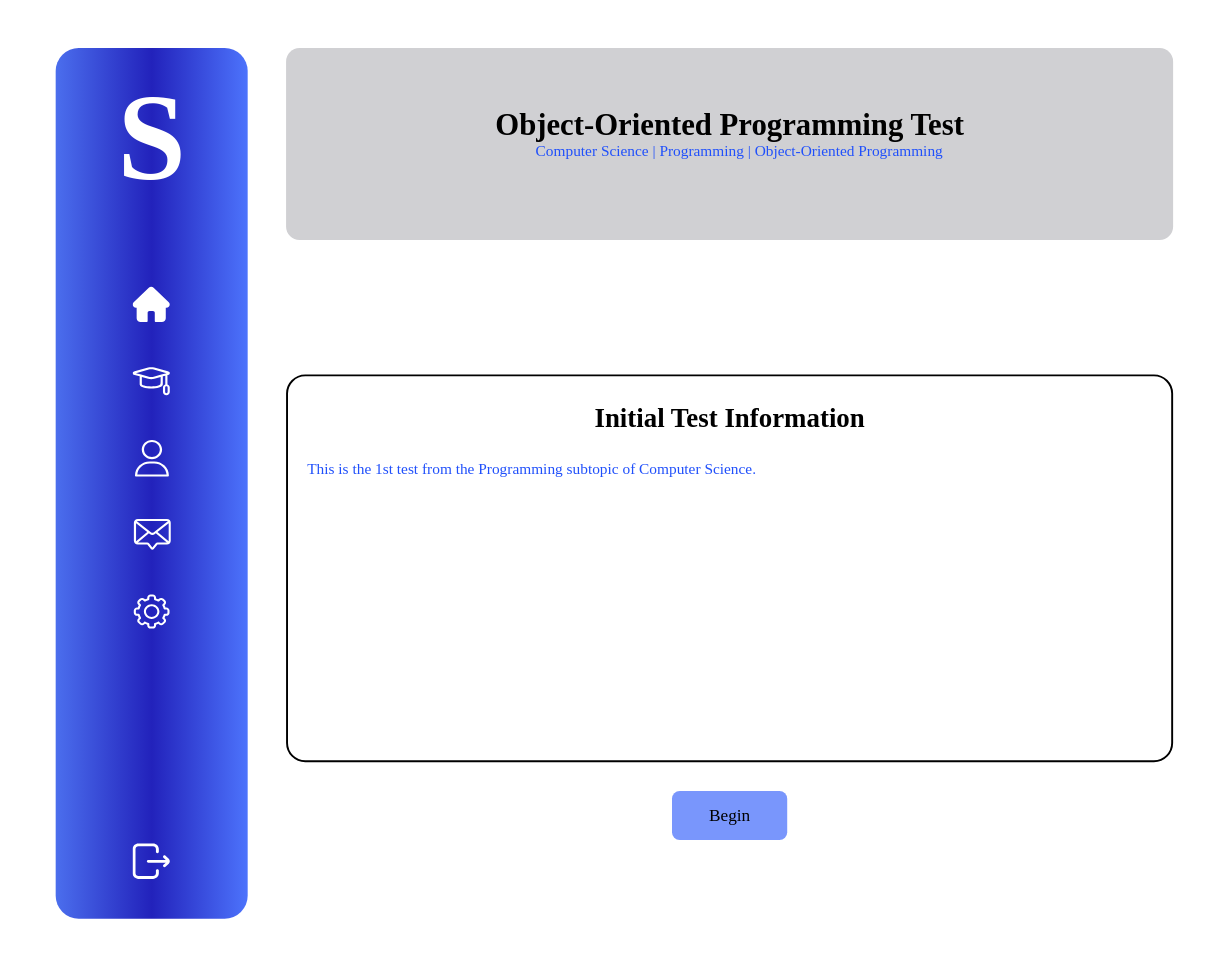
Repository: rafalzacher1/smartify-interface
Page: test.html
These files come from the project's save history. The page is drawn as it stood at one moment and after a run of saves; the edit follows.
The browser window is 1280 px wide. The pictures show the whole page, at 96% of full size.
Some web fonts or font styles are not loaded; a fallback is used.

Above is the page before, as saved 2022-06-30 19:49:56.

### test.html
<!DOCTYPE html>
<html lang="en">

<head>
    <link rel="stylesheet" href="./styles/home.css">
    <link rel="stylesheet" href="./styles/navigation.css">
    <link rel="stylesheet" href="./styles/search.css">
    <link rel="stylesheet" href="./styles/test.css">
    <link rel="stylesheet" href="./styles/question.css">
    <link rel="stylesheet" href="https://cdnjs.cloudflare.com/ajax/libs/font-awesome/4.7.0/css/font-awesome.min.css">
    <link href='https://fonts.googleapis.com/css?family=Baloo Bhai' rel='stylesheet'>
</head>

<body>
    <div id="main-container">
        <div id="navigation-container">
            <h1>S</h1>

            <nav id="navigation-options">
                <svg width="27" height="25" viewBox="0 0 27 25" fill="none" xmlns="http://www.w3.org/2000/svg"
                    onclick="document.location='./index.html'">
                    <path
                        d="M25.5018 10.9867C25.5012 10.9862 25.5006 10.9856 25.5 10.985L14.8668 0.890976C14.4135 0.460518 13.8109 0.223389 13.17 0.223389C12.529 0.223389 11.9264 0.460329 11.473 0.890787L0.845318 10.9797C0.841738 10.9831 0.838158 10.9867 0.834579 10.9901C-0.0961545 11.8788 -0.0945635 13.3206 0.839153 14.207C1.26574 14.6122 1.82915 14.8469 2.43154 14.8714C2.456 14.8737 2.48066 14.8748 2.50552 14.8748H2.92932V22.3034C2.92932 23.7734 4.1892 24.9694 5.73803 24.9694H9.89809C10.3197 24.9694 10.6618 24.6449 10.6618 24.2444V18.4204C10.6618 17.7496 11.2365 17.204 11.9431 17.204H14.3968C15.1034 17.204 15.6782 17.7496 15.6782 18.4204V24.2444C15.6782 24.6449 16.02 24.9694 16.4419 24.9694H20.6019C22.1508 24.9694 23.4106 23.7734 23.4106 22.3034V14.8748H23.8036C24.4444 14.8748 25.047 14.6379 25.5006 14.2074C26.4353 13.3195 26.4357 11.8752 25.5018 10.9867V10.9867Z"
                        fill="white" />
                </svg>

                <svg width="29" height="22" viewBox="0 0 29 22" fill="none" xmlns="http://www.w3.org/2000/svg">
                    <path
                        d="M26.4228 13.5237V6.40629L26.734 6.31764C27.9305 5.97676 28.1816 5.39965 28.1816 4.97552C28.1816 4.55139 27.9304 3.97428 26.734 3.63356L16.4958 0.717713C15.8653 0.538127 15.0388 0.43924 14.1689 0.43924C13.299 0.43924 12.4726 0.538127 11.8419 0.717713L1.60382 3.63356C0.407257 3.97428 0.156067 4.55139 0.156067 4.97557C0.156067 5.3997 0.407202 5.97686 1.60376 6.31769L5.43281 7.4082V13.2841C5.43281 14.0138 5.93239 15.0416 8.31243 15.7947C9.88887 16.2936 11.9687 16.5683 14.1688 16.5683C16.3689 16.5683 18.4487 16.2936 20.0252 15.7947C22.4053 15.0415 22.9049 14.0138 22.9049 13.2841V7.40825L24.7806 6.87402V13.5237C23.7595 13.8501 23.0217 14.767 23.0217 15.8451V19.1846C23.0217 20.5351 24.179 21.6338 25.6017 21.6338C27.0242 21.6338 28.1816 20.5351 28.1816 19.1846V15.8451C28.1817 14.767 27.4439 13.8501 26.4228 13.5237ZM12.3137 2.21089C12.7886 2.07563 13.4647 1.9981 14.1689 1.9981C14.873 1.9981 15.5492 2.07563 16.024 2.21084L25.7315 4.97557L21.8438 6.08282C21.8416 6.08349 21.8394 6.08406 21.8372 6.08474L16.024 7.74036C15.5493 7.87556 14.8731 7.95309 14.169 7.95309C13.4649 7.95309 12.7886 7.87556 12.3138 7.74036L6.50073 6.08474C6.49849 6.08406 6.4963 6.08349 6.49405 6.08282L2.60639 4.97557L12.3137 2.21089ZM21.2629 11.2372C21.2629 13.3846 20.9647 13.8541 19.506 14.3157C18.0926 14.763 16.1971 15.0093 14.1689 15.0093C12.1406 15.0093 10.2452 14.763 8.83178 14.3157C7.37313 13.8541 7.07493 13.3845 7.07493 13.2841V7.87582L11.842 9.23348C12.4726 9.41307 13.299 9.51196 14.1689 9.51196C15.0388 9.51196 15.8652 9.41307 16.4959 9.23348L21.2629 7.87582V11.2372ZM26.5395 19.1845C26.5395 19.6754 26.1188 20.0748 25.6017 20.0748C25.0846 20.0748 24.6639 19.6755 24.6639 19.1845V15.845C24.6639 15.3541 25.0846 14.9546 25.6017 14.9546C26.1189 14.9546 26.5395 15.3541 26.5395 15.845V19.1845Z"
                        fill="white" />
                </svg>

                <svg width="24" height="26" viewBox="0 0 24 26" fill="none" xmlns="http://www.w3.org/2000/svg">
                    <path
                        d="M12.1698 0.827911C8.37379 0.827911 5.28546 3.75975 5.28546 7.36343C5.28546 10.9671 8.37379 13.899 12.1698 13.899C15.9659 13.899 19.0542 10.9671 19.0542 7.36343C19.0542 3.75975 15.9659 0.827911 12.1698 0.827911ZM12.1698 12.4466C9.21735 12.4466 6.81532 10.1663 6.81532 7.36343C6.81532 4.56057 9.21735 2.28025 12.1698 2.28025C15.1223 2.28025 17.5243 4.56057 17.5243 7.36343C17.5243 10.1663 15.1223 12.4466 12.1698 12.4466Z"
                        fill="white" />
                    <path
                        d="M20.7353 18.1686C18.8505 16.3518 16.3519 15.3513 13.6997 15.3513H10.64C7.98784 15.3513 5.48917 16.3518 3.60439 18.1686C1.72883 19.9765 0.695923 22.3628 0.695923 24.8883C0.695923 25.2894 1.03841 25.6145 1.46085 25.6145H22.8789C23.3013 25.6145 23.6438 25.2894 23.6438 24.8883C23.6438 22.3628 22.6109 19.9765 20.7353 18.1686ZM2.25944 24.1621C2.64267 20.043 6.25497 16.8036 10.64 16.8036H13.6997C18.0848 16.8036 21.6971 20.043 22.0803 24.1621H2.25944Z"
                        fill="white" />
                </svg>


                <svg width="27" height="23" viewBox="0 0 27 23" fill="none" xmlns="http://www.w3.org/2000/svg">
                    <path
                        d="M24.1913 0.381134H3.77551C2.23533 0.381134 0.9823 1.57067 0.9823 3.0328V15.7608C0.9823 17.223 2.23533 18.4125 3.77551 18.4125H10.353C10.4332 18.4125 10.5096 18.4491 10.5573 18.5105L12.957 21.5991C13.1975 21.9087 13.5678 22.0872 13.9729 22.089H13.979C14.3819 22.089 14.7514 21.9139 14.9937 21.608L17.4479 18.5087C17.4956 18.4484 17.5715 18.4124 17.6509 18.4124H24.1913C25.7315 18.4124 26.9845 17.2229 26.9845 15.7608V3.03276C26.9845 1.57063 25.7315 0.381134 24.1913 0.381134ZM25.4609 15.7608C25.4609 15.8747 25.4439 15.9848 25.4127 16.0892L17.5863 9.57636L25.4609 3.37251V15.7608ZM24.1913 1.8275C24.4235 1.8275 24.6413 1.88728 24.8287 1.99108L14.7964 9.8948C14.3265 10.265 13.6446 10.265 13.1747 9.8948L3.14064 1.98969C3.32753 1.88675 3.54433 1.8275 3.77551 1.8275H24.1913ZM2.55416 16.0892C2.52293 15.9848 2.50587 15.8747 2.50587 15.7608V3.36913L10.3826 9.57457L2.55416 16.0892ZM16.2301 17.6396L13.9808 20.4801L11.7834 17.6519C11.4498 17.2225 10.915 16.9661 10.3529 16.9661H3.81172L11.5698 10.5099L12.2017 11.0078C12.7186 11.415 13.3519 11.6185 13.9855 11.6185C14.6189 11.6185 15.2525 11.4148 15.7693 11.0078L16.399 10.5117L24.155 16.9661H17.6509C17.0952 16.9661 16.5641 17.2178 16.2301 17.6396Z"
                        fill="white" />
                </svg>

                <svg width="28" height="25" viewBox="0 0 28 25" fill="none" xmlns="http://www.w3.org/2000/svg">
                    <path
                        d="M14.8013 24.9227H13.1654C11.8422 24.9227 10.7657 23.9008 10.7657 22.6447V22.1193C10.2032 21.9486 9.65665 21.7333 9.13159 21.4753L8.73937 21.8477C7.7894 22.7506 6.2677 22.7241 5.34533 21.8473L4.18907 20.7497C3.26507 19.8735 3.23849 18.4294 4.18937 17.5277L4.58129 17.1556C4.30958 16.6571 4.08276 16.1384 3.90299 15.6043H3.34958C2.02648 15.6043 0.949951 14.5823 0.949951 13.3262V11.7731C0.949951 10.517 2.02648 9.4951 3.34963 9.4951H3.90304C4.08281 8.96103 4.30963 8.44223 4.58134 7.94378L4.18912 7.57148C3.2388 6.67028 3.26502 5.22602 4.18942 4.34942L5.34579 3.2517C6.2703 2.37283 7.79164 2.35089 8.73978 3.25199L9.13165 3.624C9.6567 3.3661 10.2032 3.15073 10.7658 2.98007V2.4547C10.7658 1.1986 11.8422 0.176666 13.1654 0.176666H14.8014C16.1245 0.176666 17.201 1.1986 17.201 2.4547V2.98012C17.7636 3.15073 18.3101 3.3661 18.8351 3.62405L19.2274 3.2517C20.1773 2.34876 21.699 2.37525 22.6214 3.25204L23.7777 4.34966C24.7017 5.22587 24.7283 6.66999 23.7774 7.57172L23.3854 7.94378C23.6572 8.44223 23.884 8.96098 24.0637 9.4951H24.6172C25.9403 9.4951 27.0168 10.517 27.0168 11.7731V13.3262C27.0168 14.5823 25.9403 15.6043 24.6172 15.6043H24.0637C23.884 16.1383 23.6572 16.6571 23.3854 17.1556L23.7777 17.5279C24.728 18.4291 24.7018 19.8734 23.7774 20.75L22.621 21.8477C21.6965 22.7266 20.1751 22.7485 19.227 21.8474L18.8351 21.4754C18.3101 21.7333 17.7636 21.9487 17.201 22.1193V22.6448C17.201 23.9008 16.1245 24.9227 14.8013 24.9227V24.9227ZM9.38692 19.9527C10.1163 20.3622 10.9014 20.6716 11.7203 20.8722C12.0575 20.9548 12.2931 21.2436 12.2931 21.5742V22.6447C12.2931 23.1013 12.6845 23.4727 13.1654 23.4727H14.8014C15.2824 23.4727 15.6737 23.1013 15.6737 22.6447V21.5742C15.6737 21.2436 15.9093 20.9548 16.2466 20.8722C17.0655 20.6716 17.8505 20.3622 18.5799 19.9527C18.8801 19.7842 19.2621 19.8301 19.5087 20.0641L20.3074 20.8224C20.6518 21.1497 21.2048 21.1421 21.5407 20.8227L22.6978 19.7243C23.0329 19.4066 23.0441 18.8815 22.6981 18.5535L21.899 17.7949C21.6525 17.5609 21.6042 17.1981 21.7817 16.9133C22.213 16.2208 22.5389 15.4756 22.7502 14.6981C22.8373 14.378 23.1414 14.1544 23.4897 14.1544H24.6172C25.0982 14.1544 25.4895 13.7829 25.4895 13.3263V11.7732C25.4895 11.3166 25.0982 10.9451 24.6172 10.9451H23.4897C23.1414 10.9451 22.8373 10.7214 22.7502 10.4013C22.5389 9.6239 22.213 8.87862 21.7817 8.18622C21.6042 7.90135 21.6525 7.53857 21.899 7.30454L22.6978 6.54626C23.0431 6.21886 23.0341 5.69397 22.6981 5.37541L21.5411 4.27707C21.2058 3.95827 20.6527 3.94894 20.3078 4.27678L19.5088 5.03535C19.2622 5.26942 18.88 5.31524 18.58 5.14675C17.8506 4.73724 17.0655 4.42786 16.2466 4.22724C15.9094 4.14464 15.6738 3.8559 15.6738 3.52526V2.4547C15.6738 1.99811 15.2824 1.62663 14.8014 1.62663H13.1655C12.6845 1.62663 12.2932 1.99811 12.2932 2.4547V3.52516C12.2932 3.8558 12.0576 4.14454 11.7203 4.22714C10.9014 4.42777 10.1164 4.73714 9.38697 5.14666C9.08679 5.3151 8.7047 5.26928 8.45818 5.03525L7.65948 4.27697C7.31511 3.94966 6.76205 3.95725 6.42619 4.27663L5.26911 5.37503C4.93401 5.69276 4.92281 6.21779 5.26881 6.54587L6.06787 7.30445C6.31438 7.53847 6.36265 7.90125 6.18522 8.18612C5.75385 8.87852 5.42801 9.62381 5.21667 10.4012C5.12961 10.7214 4.82547 10.945 4.47723 10.945H3.34963C2.86867 10.9451 2.47731 11.3165 2.47731 11.7731V13.3262C2.47731 13.7828 2.86867 14.1543 3.34963 14.1543H4.47718C4.82547 14.1543 5.12956 14.378 5.21662 14.6981C5.42796 15.4755 5.75385 16.2208 6.18517 16.9132C6.3626 17.1981 6.31433 17.5609 6.06782 17.7949L5.26906 18.5532C4.92378 18.8806 4.93279 19.4055 5.26876 19.724L6.42573 20.8224C6.76109 21.1412 7.31419 21.1505 7.65907 20.8226L8.45808 20.0641C8.63974 19.8917 9.01765 19.7454 9.38692 19.9527V19.9527Z"
                        fill="white" />
                    <path
                        d="M13.9834 17.9339C10.856 17.9339 8.31177 15.5185 8.31177 12.5497C8.31177 9.58082 10.856 7.16547 13.9834 7.16547C17.1107 7.16547 19.6549 9.58082 19.6549 12.5497C19.6549 15.5185 17.1107 17.9339 13.9834 17.9339ZM13.9834 8.61543C11.6982 8.61543 9.83912 10.3803 9.83912 12.5497C9.83912 14.719 11.6982 16.4839 13.9834 16.4839C16.2685 16.4839 18.1276 14.719 18.1276 12.5497C18.1276 10.3803 16.2685 8.61543 13.9834 8.61543Z"
                        fill="white" />
                </svg>


                <svg id="logout" width="27" height="26" viewBox="0 0 27 26" fill="none"
                    xmlns="http://www.w3.org/2000/svg">
                    <path
                        d="M18.5379 19.6672V21.6084C18.5379 23.7492 16.7034 25.4907 14.4484 25.4907H4.1734C1.91837 25.4907 0.0838623 23.7492 0.0838623 21.6084V4.52618C0.0838623 2.38541 1.91837 0.64386 4.1734 0.64386H14.4484C16.7034 0.64386 18.5379 2.38541 18.5379 4.52618V6.46734C18.5379 7.00343 18.0802 7.43792 17.5155 7.43792C16.9508 7.43792 16.4932 7.00343 16.4932 6.46734V4.52618C16.4932 3.45589 15.5758 2.58502 14.4484 2.58502H4.1734C3.04598 2.58502 2.12863 3.45589 2.12863 4.52618V21.6084C2.12863 22.6787 3.04598 23.5495 4.1734 23.5495H14.4484C15.5758 23.5495 16.4932 22.6787 16.4932 21.6084V19.6672C16.4932 19.1311 16.9508 18.6966 17.5155 18.6966C18.0802 18.6966 18.5379 19.1311 18.5379 19.6672ZM25.5083 11.4L23.2189 9.22667C22.8196 8.84753 22.1722 8.84753 21.773 9.22667C21.3736 9.60561 21.3736 10.2202 21.773 10.5991L23.4014 12.1452H11.1256C10.5609 12.1452 10.1032 12.5797 10.1032 13.1158C10.1032 13.6519 10.5609 14.0864 11.1256 14.0864H23.4014L21.773 15.6325C21.3736 16.0114 21.3736 16.626 21.773 17.005C21.9727 17.1945 22.2343 17.2893 22.4959 17.2893C22.7577 17.2893 23.0192 17.1945 23.2189 17.005L25.5083 14.8316C26.5049 13.8854 26.5049 12.3462 25.5083 11.4Z"
                        fill="white" />
                </svg>
            </nav>
        </div>

        <div id="test-container">
            <div id="test-container-header">
                <h1>Object-Oriented Programming Test</h1>
                <p>Computer Science | Programming | Object-Oriented Programming</p>
            </div>
        </div>

        <div id="question-container">
            <!-- <template class="initial"> -->
                <div id="initial">
                    <h3>Initial Test Information</h3>
                    <p>
                        This is the 1st test from the Programming subtopic of Computer Science.
                    </p>
                </div>
            <!-- </template> -->

            <template class="question">
                <div id="progress">
                    <progress id="questions" value="32" max="100"> 32% </progress>
                </div>

                <div id="question">
                    <h3>What is an object?</h3>

                    <textarea name="question" type="text"></textarea>
                </div>
            </template>

            <div id="progress-container">
                <button id="question-button" class="question-option"
                    onclick="document.location='./topic.html'">Begin</button>
            </div>
        </div>
    </div>
</body>

</html>

<!-- Answer -->
<!--
    An object is a single instance of a class; it is created by invoking the constructors of the class. Class exists in source temporal scope and objects exist in run-time temporal scope.
 -->
<!-- https://www.grin.com/document/423537 -->

### styles/home.css
#main-container {
    display: grid;
    grid-template-columns: 2fr 8fr 4fr;
    grid-template-rows: 200px 200px 200px;
    gap: 40px;
    margin: 50px;
}

### styles/navigation.css
#navigation-container {
  font-family: "Baloo Bhai";
  font-size: 26px;
  background: rgb(32, 80, 251);
  background: linear-gradient(
    90deg,
    rgba(30, 74, 233, 0.8) 0%,
    rgba(10, 10, 180, 0.9) 50%,
    rgba(32, 80, 251, 0.8) 100%
  );
  border-radius: 24px;
  width: 200px;
  height: 100%;
  text-align: center;
  display: inline-block;
  grid-column: 1;
  grid-row: 1 / 5;
}

#navigation-container h1 {
  font-family: "Baloo Bhai";
  font-size: 128px;
  color: #ffffff;
  margin: 0;
  padding-top: 20px;
  padding-bottom: 60px;
}

#navigation-options svg {
  margin-left: auto;
  margin-right: auto;
  display: block;
  padding: 20px;
  height: 40px;
  width: 40px;
}

#navigation-options svg:hover {
  opacity: 0.4;
  cursor: pointer;
}

#logout {
  margin-top: 180px;
  margin-bottom: 20px;
}

### styles/search.css
#search-container {
  grid-column: 3;
  grid-row: 1;
}

#search-container h2 {
  font-family: "Baloo Bhai";
  font-size: 16px;
}

form.example input[type="text"] {
  padding: 10px;
  font-size: 17px;
  border: 1px solid grey;
  float: left;
  width: 70%;
  background: #f1f1f1;
  border-radius: 15px 0 0 15px;
  font-family: "Baloo Bhai";
  font-size: 32px;
}

form.example button {
  float: left;
  width: 20%;
  padding: 10px;
  background: #2050fb;
  opacity: 0.6;
  color: white;
  font-size: 17px;
  border: 1px solid grey;
  border-left: none;
  cursor: pointer;
  border-radius: 0 15px 15px 0;
  font-family: "Baloo Bhai";
  font-size: 32px;
  box-sizing: border-box;
}

form.example button:hover {
  opacity: 1;
}

form.example::after {
  content: "";
  clear: both;
  display: table;
}

### styles/test.css
#test-container {
  grid-column: 2 / 4;
  grid-row: 1;
  background-color: #d0d0d3;
  border-radius: 14px;
}

#test-container h1 {
  font-family: "Baloo Bhai";
  font-size: 32px;
  margin-bottom: 0;
}

#test-container p {
  color: #2050fb;
  font-family: "Baloo Bhai";
  font-size: 16px;
  margin-top: 0;
  padding-left: 20px;
}

#test-container-header {
  text-align: center;
  margin-top: 62px;
  margin-bottom: 62px;
}

### styles/question.css
#question-container {
  grid-column: 2 / 4;
  grid-row: 2 / 5;
}

#progress {
  width: 80%;
  margin-left: auto;
  margin-right: auto;
}

.question-option,
input[type="submit"],
input[type="reset"] {
  background: none;
  color: inherit;
  border: none;
  padding: 0;
  font: inherit;
  cursor: pointer;
  outline: inherit;
  width: 30%;
  font-family: "Baloo Bhai";
  font-size: 18px;
}

#initial,
#question {
    margin-top: 100px;
    height: 400px;
    border: 2px solid #000000;
    border-radius: 20px;
}

#initial h3,
#question h3 {
    text-align: center;
    font-family: "Baloo Bhai";
    font-size: 28px;
}

#initial p {
    color: #2050fb;
    font-family: "Baloo Bhai";
    font-size: 16px;
    margin-top: 0;
    padding-left: 20px;
  }

#question textarea {
    margin: 0 60px 0 60px;
    padding: 10px;
    width: 80%;
    height: 200px;
    font-family: "Baloo Bhai";
    font-size: 16px;
}

#progress-container {
    text-align: center;
}

#question-button {
  width: 120px;
  margin: 30px 20px;
  border-radius: 8px;
  padding: 15px;
  background-color: rgba(32, 80, 251, 0.6);
}

#question-button:hover {
  background-color: rgba(32, 80, 251, 1);
}

#questions {
  width: 100%;
  height: 50px;
}

After the next 2 saves:
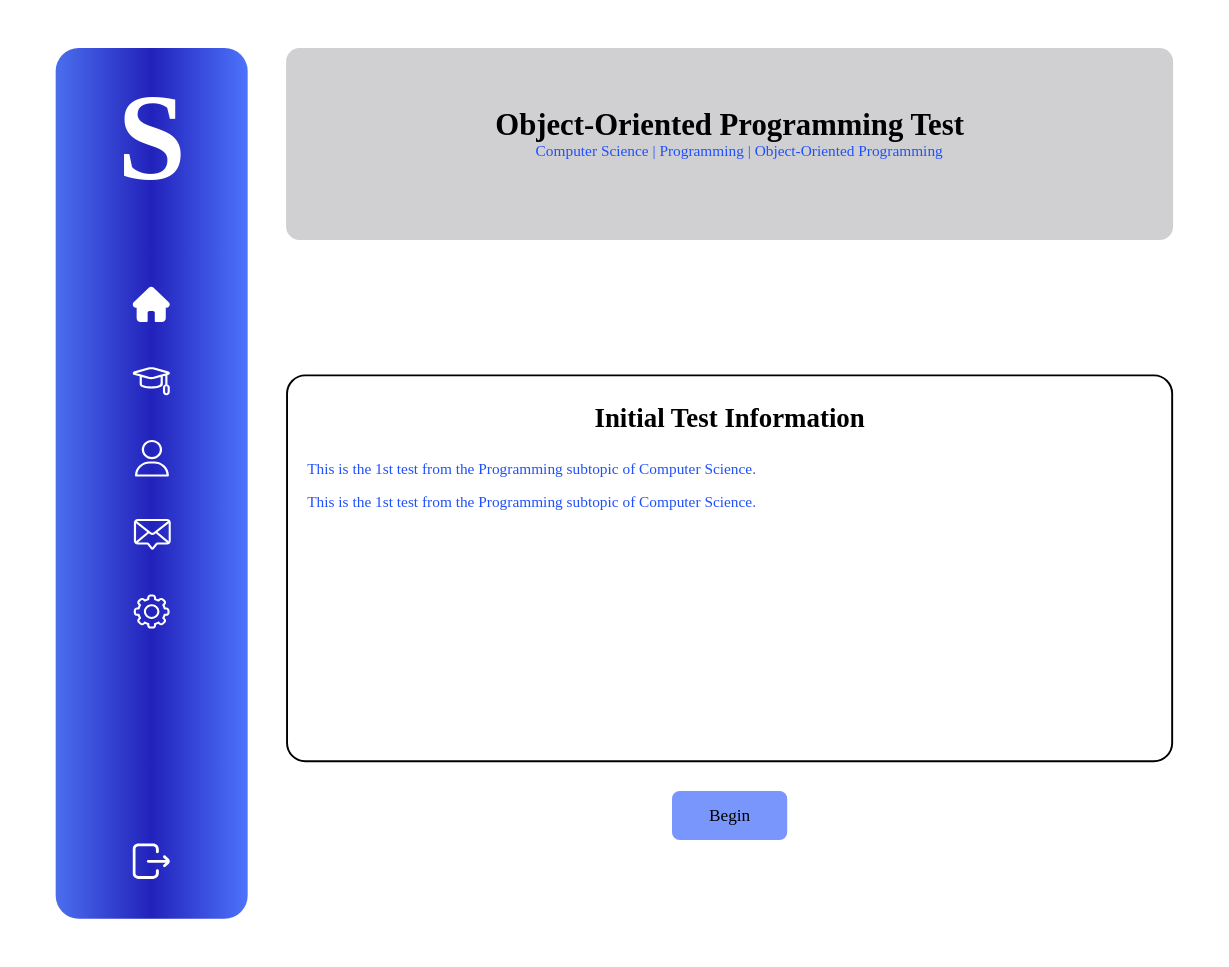
The 2 saves are shown as one change because they came seconds apart.
The last was saved 11 s later.
--- a/test.html
+++ b/test.html
@@ -79,6 +79,9 @@
                     <p>
                         This is the 1st test from the Programming subtopic of Computer Science.
                     </p>
+                    <p>
+                        This is the 1st test from the Programming subtopic of Computer Science.
+                    </p>
                 </div>
             <!-- </template> -->
 
